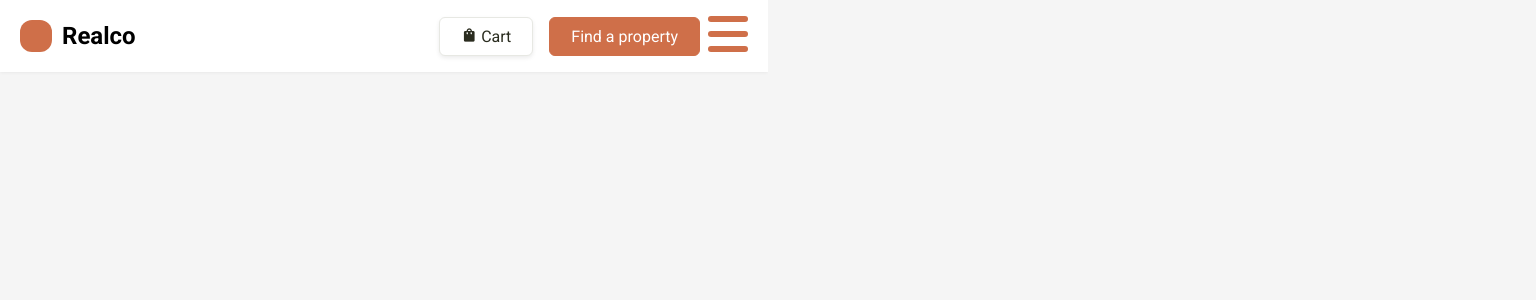
Repository: bek77g/realco
Page: index.html
The author's editor kept a copy of each file at every save. The page is drawn from the files as they stood at one save, then again after the next save.
The browser window is 768 px wide. The page is 768 px wide, then 1536 px, so the pictures cover 1536 px, including what lies to the right of the window. The pictures show the whole page.
The style sheet was rebuilt from its Sass, Less or Tailwind sources for each picture, by a compiler version that may differ from the author's.

Above is the page before, as saved 2023-04-13 21:56:03.

### index.html
<!DOCTYPE html>
<html lang="en">
  <head>
    <meta charset="UTF-8" />
    <meta http-equiv="X-UA-Compatible" content="IE=edge" />
    <meta name="viewport" content="width=device-width, initial-scale=1.0" />
    <title>Realco</title>
    <link rel="preconnect" href="https://fonts.googleapis.com" />
    <link rel="preconnect" href="https://fonts.gstatic.com" crossorigin />
    <link
      href="https://fonts.googleapis.com/css2?family=Roboto:ital,wght@0,400;0,700;0,900;1,400;1,700;1,900&display=swap"
      rel="stylesheet"
    />
    <link
      href="https://fonts.googleapis.com/icon?family=Material+Icons"
      rel="stylesheet"
    />
    <link rel="stylesheet" href="./src/styles/style.css" />
  </head>
  <body>
    <header class="header">
      <div class="container">
        <div class="header__row">
          <div class="logo header__logo">
            <div class="logo__box"></div>
            <h2 class="logo__name">Realco</h2>
          </div>
          <nav class="header__nav">
            <ul class="header__menu">
              <li class="header__menu-item"><a href="#">Home</a></li>
              <li class="header__menu-item">
                <a href="#"
                  >Properties <span class="icon more">expand_more</span>
                </a>
              </li>
              <li class="header__menu-item"><a href="#">About</a></li>
              <li class="header__menu-item"><a href="#">Contact</a></li>
              <li class="header__menu-item">
                <a href="https://www.google.com/">
                  <span class="icon">search</span> Search</a
                >
              </li>
            </ul>
            <div class="header__buttons">
              <button class="header__buttons-btn">
                <span class="icon">shopping_bag</span> Cart
              </button>
              <button class="header__buttons-btn">Find a property</button>
            </div>
            <div class="header__burger">
              <div class="header__burger-icon">
                <span class="header__burger-global header__burger-top"></span>
                <span
                  class="header__burger-global header__burger-middle"
                ></span>
                <span
                  class="header__burger-global header__burger-bottom"
                ></span>
              </div>
            </div>
          </nav>
        </div>
      </div>
    </header>
    <main></main>
    <footer></footer>
    <script src="./src/js/main.js"></script>
  </body>
</html>

### src/js/main.js
let burger = document.querySelector('.header__burger');

burger.addEventListener('click', () => {
  burger.classList.toggle('active');
});

### src/styles/style.scss
@import './reset';

.container {
  max-width: 1320px;
  padding: 0 20px;
  margin: 0 auto;
}

@import './global';
@import './header';

@import './_responsive';

### src/styles/_reset.scss
* {
  margin: 0;
  padding: 0;
  box-sizing: border-box;
  transition: 0.3s;
}
ul,
ol {
  list-style: none;
}
img {
  width: 100%;
}
a {
  color: inherit;
}
button {
  border: none;
  cursor: pointer;
}
a {
  text-decoration: none;
}

### src/styles/_global.scss
* {
  font-family: 'Roboto', sans-serif;
}

body {
  background-color: #f5f5f5;
}

//Variables
$main-color: #cf6f49;
$light-grey: #65665c;
$black: #222222;
$black-grey: #2a2c1f;

.icon {
  font-family: 'Material Icons';
  font-style: normal;
  font-weight: 400;
  display: block;
  height: -webkit-fit-content;
  height: -moz-fit-content;
  height: fit-content;
}

.logo {
  display: flex;
  align-items: center;
  gap: 10px;
  &__box {
    width: 32px;
    height: 32px;
    background: #cf6f49;
    border-radius: 12px;
  }
  &__name {
    font-weight: bold;
  }
}

### src/styles/_header.scss
.header {
  position: relative;
  background: #ffffff;
  box-shadow: 0px 0px 4px rgba(0, 0, 0, 0.08);
  padding: 16px 0;
  &__row {
    display: flex;
    justify-content: space-between;
    align-items: center;
  }
  &__nav {
    display: flex;
    align-items: center;
    gap: 8px;
  }
  &__menu {
    padding: 9px 16px;
    display: flex;
    align-items: center;
    gap: 32px;
    &-item {
      color: $black;
      & a {
        display: flex;
        gap: 6px;
        align-items: center;
        & .icon {
          font-size: 20px;
        }
      }
      &:hover .more {
        transform: rotate(-180deg);
      }
    }
  }
  &__buttons {
    display: flex;
    gap: 16px;
    &-btn {
      white-space: nowrap;
      font-style: normal;
      font-weight: 400;
      font-size: 16px;
      padding: 9px 21px;
      border-radius: 6px;
      display: flex;
      gap: 4px;
      &:first-child {
        color: $black-grey;
        background: #ffffff;
        border: 1px solid #e7e8e3;
        box-shadow: 0px 2px 4px rgba(0, 0, 0, 0.08);
      }
      &:last-child {
        background: #cf6f49;
        border: 1px solid #cf6f49;
        color: #fff;
      }
      &:hover {
        -webkit-filter: brightness(80%);
        filter: brightness(90%);
      }
    }
  }
  &__burger {
    display: none;
    &-icon {
      cursor: pointer;
      margin: 0 auto;
      padding-left: 1.25em;
      position: relative;
      width: 40px;
      height: 40px;
    }
    &-global {
      -webkit-backface-visibility: hidden;
      backface-visibility: hidden;
      position: absolute;
      left: 0;
      border-top: 6px solid $main-color;
      border-radius: 3px;
      width: 100%;
      transition: 0.55s;
    }
    &.active {
      & .header__burger-top {
        -webkit-backface-visibility: hidden;
        backface-visibility: hidden;
        top: 15px;
        transform: rotate(50deg);
        transition: 0.55s 0.5s;
      }
      & .header__burger-middle {
        opacity: 0;
      }
      & .header__burger-bottom {
        -webkit-backface-visibility: hidden;
        backface-visibility: hidden;
        top: 15px;
        transform: rotate(-410deg);
        transition: 0.55s 0.5s;
      }
    }
    &-top {
      top: 0;
    }
    &-middle {
      top: 15px;
    }
    &-bottom {
      top: 30px;
    }
  }
}

### src/styles/_responsive.scss
@media (max-width: 1201px) {
}
@media (max-width: 1025px) {
}
@media (max-width: 993px) {
  .header {
    &__menu {
      display: none;
    }
    &__burger {
      display: block;
    }
  }
}
@media (max-width: 769px) {
}
@media (max-width: 769px) {
}
@media (max-width: 481px) {
}
@media (max-width: 321px) {
}

// 320px — 480px
// 481px — 768px
// 769px — 1024px
// 1025px — 1200px
// 1201px and 1440px

After the next save:
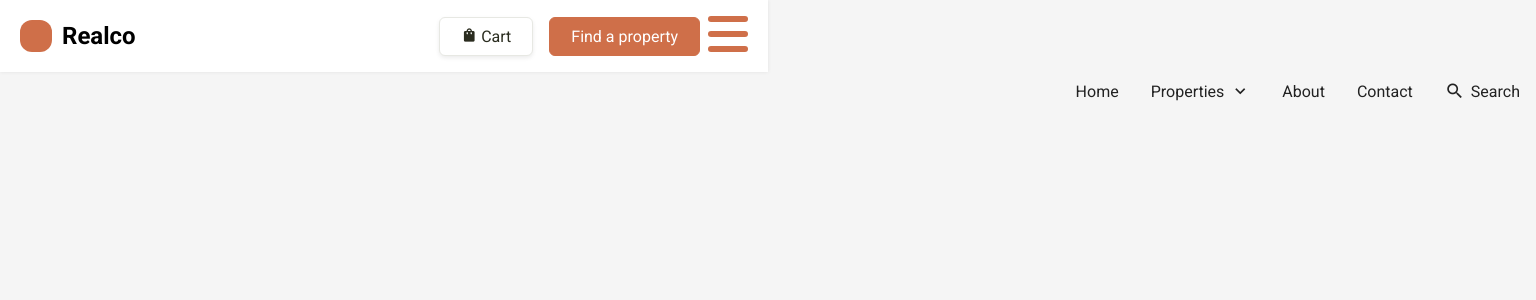
Saved 40 s later.
--- a/src/styles/_responsive.scss
+++ b/src/styles/_responsive.scss
@@ -5,7 +5,9 @@
 @media (max-width: 993px) {
   .header {
     &__menu {
-      display: none;
+      position: absolute;
+      right: -100%;
+      top: 72px;
     }
     &__burger {
       display: block;
